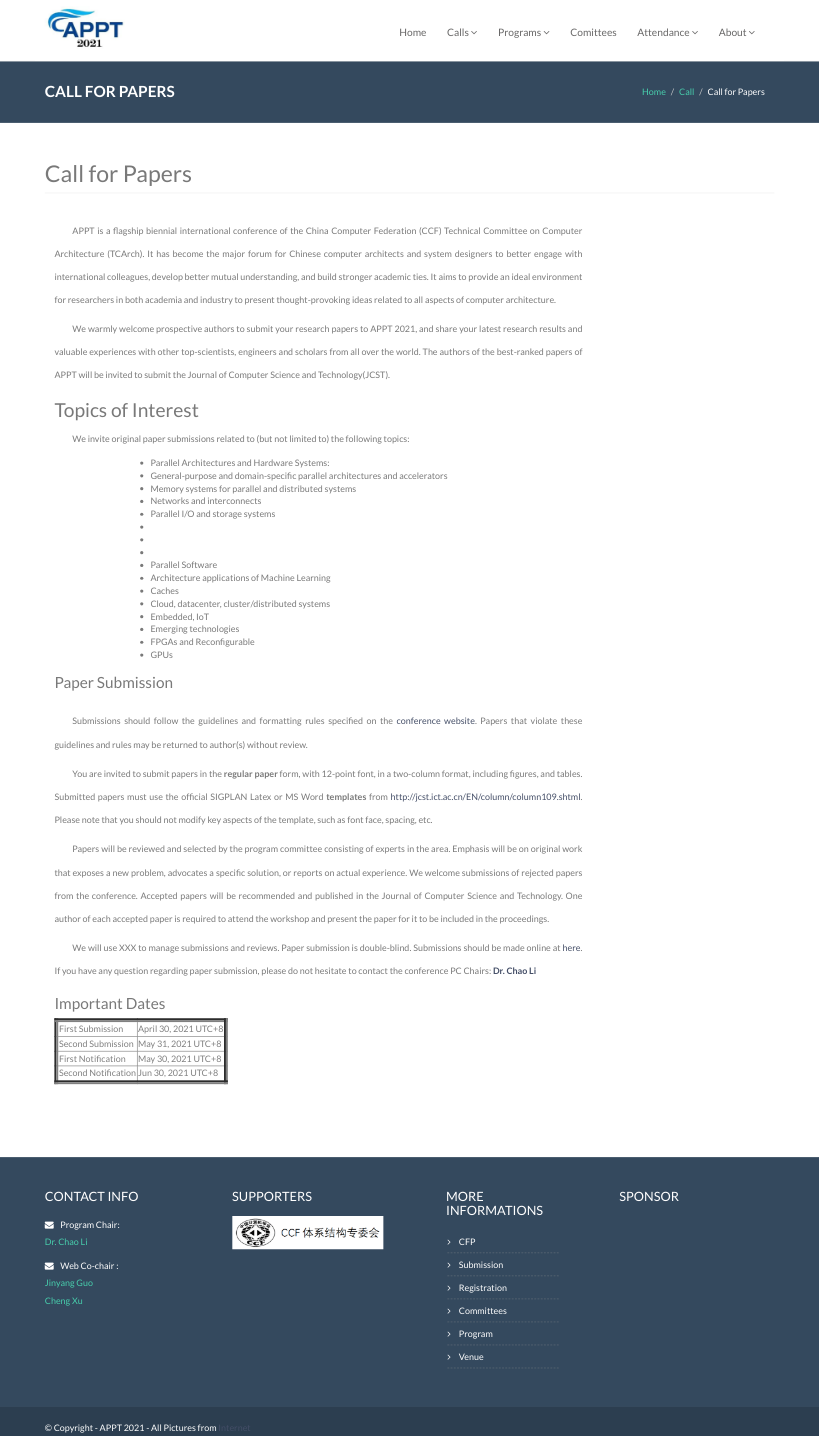
Repository: APPT2021/APPT2021.github.io
Page: call-papers.html
These files come from the project's save history. The page is drawn as it stood at one moment and after a run of saves; the edit follows.
The browser window is 1280 px wide. The pictures show the whole page, at 64% of full size.

Above is the page before, as saved 2021-03-25 00:26:12.
Console error: ReferenceError: jQuery is not defined

### call-papers.html
<!DOCTYPE html>
<html lang="en">
  <head>
	  <script type="text/javascript" src="js/common/description.js"></script>

	  <script src="https://cdn.bootcss.com/semantic-ui/2.4.1/semantic.js"></script>
    	<link href="https://cdn.bootcss.com/semantic-ui/2.4.1/semantic.css" rel="stylesheet">

    <!-- Bootstrap core CSS -->
    <link href="css\bootstrap.min.css" rel="stylesheet">
    <link href="css\theme.css" rel="stylesheet">
    <link href="css\bootstrap-reset.css" rel="stylesheet">
    <!--external css-->
    <link href="assets\font-awesome\css\font-awesome.css" rel="stylesheet">
    <link rel="stylesheet" href="css\flexslider.css">
    <link href="assets\bxslider\jquery.bxslider.css" rel="stylesheet">
    <link rel="stylesheet" href="css\animate.css">
    <link href='http://fonts.googleapis.com/css?family=Lato' rel='stylesheet' type='text/css'>



      <!-- Custom styles for this template -->
    <link rel="stylesheet" type="text/css" href="css\component.css">
    <link href="css\style.css" rel="stylesheet">
    <link href="css\style-responsive.css" rel="stylesheet">

    <!-- HTML5 shim and Respond.js IE8 support of HTML5 tooltipss and media queries -->
    <!--[if lt IE 9]>
      <script src="js/html5shiv.js"></script>
      <script src="js/respond.min.js"></script>
    <![endif]-->
    <style type="text/css">
<!--
.STYLE1 {	font-size: 24px;
	font-weight: bold;
}
.STYLE2 {	font-size: 16px;
	font-weight: bold;
}
.p1{line-height: 27pt;word-wrap: break-word;text-indent: 2em;text-align: justify;}
-->
    </style>
</head>

  <body>
    <!--header start-->
    <script type="text/javascript" src="js/common/header.js"></script>
    <!--header end-->

    <!--breadcrumbs start-->
    <div class="breadcrumbs">
        <div class="container">
            <div class="row">
                <div class="col-lg-4 col-sm-4">
                    <h1>Call for Papers</h1>
                </div>
                <div class="col-lg-8 col-sm-8">
                    <ol class="breadcrumb pull-right">
                        <li><a href="index-real.html">Home</a></li>
						<li><a href="call-summary.html">Call</a></li>
                        <li class="active">Call for Papers</li>
                    </ol>
                </div>
            </div>
        </div>
    </div>
    <!--breadcrumbs end-->

    <!--container start-->
    <div class="component-bg">
        <div class="container">
            <!-- Forms
================================================== -->
<div class="bs-docs-section mar-b-30" style="padding-left: 0%;">
  <h1 id="forms" class="page-header">Call for Papers </h1>
<br>
  <div class="col-lg-9 col-lg-offset-0" itemprop="articleSection" style = "padding-bottom: 10%">
		<p class="p1">
			APPT is a flagship biennial international conference of the China Computer Federation (CCF) Technical Committee on Computer Architecture (TCArch). It has become the major forum for Chinese computer architects and system designers to better engage with international colleagues, develop better mutual understanding, and build stronger academic ties. It aims to provide an ideal environment for researchers in both academia and industry to present thought-provoking ideas related to all aspects of computer architecture.
		</p>
		<p class="p1">
			We warmly welcome prospective authors to submit your research papers to APPT 2021,
			and share your latest research results and valuable experiences with other top-scientists,
			engineers and scholars from all over the world. The authors of the best-ranked papers of APPT will be invited to submit the Journal of
		    Computer Science and Technology(JCST).
		</p>
		<h2>Topics of Interest</h2>
		<p class="p1">We invite original paper submissions related to (but not limited to) the following topics:</p>
		<ul style="margin-left: 150px;">
			<li style=" text-align: justify;">
			<h3></h3>
				Parallel Architectures and Hardware Systems:
				<li>General-purpose and domain-specific parallel architectures and accelerators</li>
				<li>Memory systems for parallel and distributed systems</li>
				<li>Networks and interconnects</li>
				<li>Parallel I/O and storage systems</li>
				<li></li>
				<li></li>
				<li></li>
			</li>
			<li style=" text-align: justify;">
				Parallel Software
			</li>
			<li style=" text-align: justify;">
				Architecture applications of Machine Learning
			</li>
			<li style=" text-align: justify;">
				Caches
			</li>
			<li style=" text-align: justify;">
				Cloud, datacenter, cluster/distributed systems
			</li>
			<li style=" text-align: justify;">
				Embedded, IoT
			</li>
			<li style=" text-align: justify;">
				Emerging technologies
			</li>
			<li style=" text-align: justify;">
				FPGAs and Reconfigurable
			</li>
			<li style=" text-align: justify;">
				GPUs
			</li>
		</ul>



		<h3>Paper Submission</h3>
		<br>
		<p class="p1">
			Submissions should follow the guidelines and formatting rules
			 specified on the <a href ="http://jcst.ict.ac.cn/EN/column/column107.shtml">conference website</a>.
			 Papers that violate these guidelines and rules may be returned
			 to author(s) without review.
		</p>
		<p class="p1">
		You are invited to submit papers in the <strong>regular paper</strong> form, with 12-point font, in a two-column format, including figures, and tables. Submitted papers must use the official SIGPLAN Latex or MS Word <strong>templates</strong> from
		<a href="http://jcst.ict.ac.cn/EN/column/column109.shtml">http://jcst.ict.ac.cn/EN/column/column109.shtml</a>. Please note that you should
		not modify key aspects of the template, such as font face, spacing, etc.
		</p>
		<p class="p1">
		 Papers will be reviewed and selected by the program committee consisting of experts in the area.
		 Emphasis will be on original work that exposes a new problem, advocates a specific solution,
		  or reports on actual experience. We welcome submissions of rejected papers from the conference.
		  Accepted papers will be recommended and published in the Journal of Computer Science and Technology.
		  One author of each accepted paper is required to attend the workshop and present the paper for it to be included in the proceedings.
		</p>
<p class="p1">
We will use XXX to manage submissions and reviews. Paper submission is double-blind. Submissions should be made online at <a href="https://mc03.manuscriptcentral.com/jcst">here</a>. If you have any question regarding paper submission, please do not hesitate to contact the conference
		PC Chairs: <a href="mailto: chaol@cs.sjtu.edu.cn"><b>Dr. Chao Li</b> </a>
		</p>
		<h3>Important Dates</h3>


		<table role="grid" style="position: relative; color:black" border="6">
			<tbody>
			  <tr style="opacity: 0.5;">
				<td>First Submission</td>
				<td> April 30, 2021 UTC+8 </td>
			  </tr>
			  <tr style="opacity: 0.5;">
				<td>Second Submission</td>
				<td>May 31, 2021 UTC+8</td>
			  </tr>
			  <tr style="opacity: 0.5;">
				<td>First Notification</td>
				<td>May 30, 2021 UTC+8</td>
			  </tr>
			  <tr style="opacity: 0.5;">
				<td>Second Notification</td>
				<td>Jun 30, 2021 UTC+8</td>
			  </tr>
			</tbody>
		 </table>
<!--
		<h3>Camera Ready Submission / Author Kit</h3>
		<p style="text-align: justify; ">
		For the accepted papers to be included in the proceedings, the camera-ready version must be submitted by using the recommended format. The final PDF has to conform to the requirements for publishing on IEEE Xplore. In addition, the IEEE copyright form has to be submitted and at least one author of the paper must register to the conference at a full rate. The registration must cover any over-length page charge. All the steps listed above must be completed by <b>August 2nd, 2020</b>.
		</p>
		<p style="text-align: justify; ">
		Please note that <i>we will not be able to include your paper in the conference proceedings or in IEEE Xplore if you do not follow the instructions below. The conference organizer also reserves the right to exclude a paper from distribution after the conference (e.g., removal from IEEE Xplore) if it is not presented at the conference.</i>
		</p>

		<h3>Best Paper Award</h3>
		<p style=" text-align: justify;">
		All accepted papers SRDS will compete for the "Prof. C. V. Ramamoorthy Best Paper Award". The SRDS Best Paper is named after Prof. Chittoor V. Ramamoorthy, who was instrumental in the 80's for the success of SRDS, many of his former students have also significantly contributed to the conference.
		</p>

		<p style=" text-align: justify;">
		In addition, the authors of the best ranked papers of SRDS will be invited to submit extended versions of their papers to IEEE Transactions on Dependable and Secure Computing.
		</p>

		<p>&nbsp;</p>
		<h3>SRDS 2020 PC Chairs</h3>
		<p>&nbsp;</p>

		<div class="ui three column grid">
			<div class="column">
				<div class="ui card">
				<a class="image" href="http://web.cs.iastate.edu/~borzoo/" target="_blank">
					<img src="img/committees/borzoo.jpg">
				</a>
				<div class="content">
					<a class="header" href="http://web.cs.iastate.edu/~borzoo/" target="_blank">Borzoo Bonakdarpour</a>
					<div class="meta">
					<a>Iowa State University, USA</a>
					</div>
				</div>
				</div>
			</div>
			<div class="column">
				<div class="ui card">
				<a class="image" href="http://www.cs.sjtu.edu.cn/~lichao/" target="_blank">
					<img src="img/committees/li.jpg">
				</a>
				<div class="content">
					<a class="header" href="http://www.cs.sjtu.edu.cn/~lichao/" target="_blank">Chao Li</a>
					<div class="meta">
					<a>Shanghai Jiao Tong University</a>
					</div>
				</div>
				</div>
			</div>
			<div class="column">
				<div class="ui card">
				<a class="image" href="http://vukolic.com/" target="_blank">
					<img src="img/committees/marko.jpg">
				</a>
				<div class="content">
					<a class="header" href="http://vukolic.com/" target="_blank">Marko Vukolić</a>
					<div class="meta">
					<a>IBM Research-Zurich, Switzerland</a>
					</div>
				</div>
				</div>
			</div>
		</div>

	</div>
  <p>&nbsp;</p>
  <!-- /.bs-example -->
</div>
        </div>
    </div>
    <!--container end-->

	<script type="text/javascript" src="js/common/footer.js"></script>

  <!-- js placed at the end of the document so the pages load faster -->
    <script src="js\jquery.js"></script>
    <script src="js\bootstrap.min.js"></script>
    <script type="text/javascript" src="js\hover-dropdown.js"></script>
    <script defer="" src="js\jquery.flexslider.js"></script>
    <script type="text/javascript" src="assets\bxslider\jquery.bxslider.js"></script>

    <script src="js\jquery.easing.min.js"></script>
    <script src="js\link-hover.js"></script>


     <!--common script for all pages-->
    <script src="js\common-scripts.js"></script>
    <script src="js\wow.min.js"></script>
    <script>
        wow = new WOW(
          {
            boxClass:     'wow',      // default
            animateClass: 'animated', // default
            offset:       0          // default
          }
        )
        wow.init();
    </script>


  </body>
</html>

### css/theme.css
body {
  padding-top: 70px;
  padding-bottom: 30px;
}

.theme-dropdown .dropdown-menu {
  display: block;
  position: static;
  margin-bottom: 20px;
}

.theme-showcase > p > .btn {
  margin: 5px 0;
}

### css/flexslider.css
/*
 * jQuery FlexSlider v2.0
 * http://www.woothemes.com/flexslider/
 *
 * Copyright 2012 WooThemes
 * Free to use under the GPLv2 license.
 * http://www.gnu.org/licenses/gpl-2.0.html
 *
 * Contributing author: Tyler Smith (@mbmufffin)
 */


/* Browser Resets */
.flex-container a:active,
.flexslider a:active,
.flex-container a:focus,
.flexslider a:focus  {outline: none;}
.slides,
.flex-control-nav,
.flex-direction-nav {margin: 0; padding: 0; list-style: none;}

/* FlexSlider Necessary Styles
*********************************/
.flexslider {margin: 0; padding: 0;}
.flexslider .slides > li {display: none; -webkit-backface-visibility: hidden;} /* Hide the slides before the JS is loaded. Avoids image jumping */
.flexslider .slides img {width: 100%; display: block;}
.flex-pauseplay span {text-transform: capitalize;}

/* Clearfix for the .slides element */
.slides:after {content: "."; display: block; clear: both; visibility: hidden; line-height: 0; height: 0;}
html[xmlns] .slides {display: block;}
* html .slides {height: 1%;}

/* No JavaScript Fallback */
/* If you are not using another script, such as Modernizr, make sure you
 * include js that eliminates this class on page load */
.no-js .slides > li:first-child {display: block;}


/* FlexSlider Default Theme
*********************************/
.flexslider {margin: 0 0 0px; background: #fff; border: 4px solid #fff; position: relative; -webkit-border-radius: 4px; -moz-border-radius: 4px; -o-border-radius: 4px; border-radius: 4px; zoom: 1;}
.flex-viewport {max-height: 2000px; -webkit-transition: all 1s ease; -moz-transition: all 1s ease; transition: all 1s ease;}
.loading .flex-viewport {max-height: 300px;}
.flexslider .slides {zoom: 1;}

.carousel li {margin-right: 5px}


/* Direction Nav */
.flex-direction-nav {*height: 0;}

.flex-direction-nav a {width: 30px; height: 30px; margin: -20px 0 0; display: block; background: url(../img/bg_direction_nav.png) no-repeat 0 0; position: absolute; top: 50%; z-index: 10; cursor: pointer; text-indent: -9999px; opacity: 0; -webkit-transition: all .3s ease;}

.flex-direction-nav .flex-next {background-position: 100% 0; right: -36px; }
.flex-direction-nav .flex-prev {left: -36px;}
.flexslider:hover .flex-next {opacity: 0.8; right: 5px;}
.flexslider:hover .flex-prev {opacity: 0.8; left: 5px;}
.flexslider:hover .flex-next:hover, .flexslider:hover .flex-prev:hover {opacity: 1;}
.flex-direction-nav .flex-disabled {opacity: .3!important; filter:alpha(opacity=30); cursor: default;}

/* Control Nav */
.flex-control-nav {width: 100%; position: absolute; bottom: -40px; text-align: center;}
.flex-control-nav li {margin: 0 6px; display: inline-block; zoom: 1; *display: inline;}
.flex-control-paging li a {width: 11px; height: 11px; display: block; background: #666; background: rgba(0,0,0,0.5); cursor: pointer; text-indent: -9999px; -webkit-border-radius: 20px; -moz-border-radius: 20px; -o-border-radius: 20px; border-radius: 20px; box-shadow: inset 0 0 3px rgba(0,0,0,0.3);}
.flex-control-paging li a:hover { background: #333; background: rgba(0,0,0,0.7); }
.flex-control-paging li a.flex-active { background: #000; background: rgba(0,0,0,0.9); cursor: default; }

.flex-control-thumbs {margin: 5px 0 0; position: static; overflow: hidden;}
.flex-control-thumbs li {width: 25%; float: left; margin: 0;}
.flex-control-thumbs img {width: 100%; display: block; opacity: .7; cursor: pointer;}
.flex-control-thumbs img:hover {opacity: 1;}
.flex-control-thumbs .flex-active {opacity: 1; cursor: default;}

@media screen and (max-width: 860px) {
  .flex-direction-nav .flex-prev {opacity: 1; left: 0;}
  .flex-direction-nav .flex-next {opacity: 1; right: 0;}
}

### css/style-responsive.css
@media (min-width: 768px) and (max-width: 980px) {
    .col-4 .item {
        width: 47%;
        margin-right: 2%;
        margin-bottom: 2%;
    }
}

@media (max-width: 768px) {


    .navbar-toggle {
        margin-top: 12px;
    }

    .head-section .navbar-collapse  ul.navbar-nav {
        float: none;
        margin-left: 0;
    }

    .head-section .nav li a:hover,
    .head-section .nav li a:focus,
    .head-section .nav li a.dropdown-toggle:focus,
    .head-section .nav li a.dropdown-toggle .dropdown-menu li a:hover,
    .head-section .nav li.active a,
    .head-section .dropdown-menu li a:hover {
        color: #fff !important;
    }

    .head-section .navbar-nav > li {
        padding: 0;
        margin-bottom: 2px;
    }

    .head-section .nav li ul.dropdown-menu li a {
        margin-left: 0px;
        color: #999!important; ;
    }

    .head-section .nav li .dropdown-menu li a:hover, .head-section .nav li .dropdown-menu li.active a {
        color: #fff !important;
    }

    .purchase-btn, .about-testimonial {
        margin-top: 10px;
    }

    .breadcrumb.pull-right{
        padding: 0;
    }

    .search, .bx-controls-direction {
        display: none;
    }

    .tweet-box {
        margin-bottom: 20px;
    }

    .property img {
        width: 80%;
    }

    .bx-wrapper {
        margin-bottom: 60px;
    }

    .purchase-btn, .about-testimonial {
        margin-top: 0;
    }

    .purchase-btn {
        line-height: 98px;
    }

    .social-link-footer li a {
        font-size: 16px;
        height: 40px;
        width: 40px;
    }

    .navbar-header {
        float: none;
        text-align: center;
        width: 100%;
        margin: 10px 0;
    }

    .navbar-brand {
        float: none;

    }

    .carousel-control {
        font-size: 45px;
        line-height: 70px;
    }

    .btn, .form-control {
        margin-bottom: 10px;
    }



}


@media (max-width: 480px) {

    .head-section .navbar {
        min-height: 60px;
    }

    .navbar-toggle {
        margin-right: -10px;
    }

    .head-section .nav li .dropdown-menu li a:hover {
        color: #48C9B0 !important;
    }

    .navbar-brand {
        margin-top: 10px !important;
        float: left !important;
    }

    .col-4 .item {
        width: 100%;
        margin-right: 0%;
        margin-bottom: 2%;
    }

    .breadcrumb.pull-right{
        float: left !important;
        margin-top: 10px;
        padding: 0;
    }

    .carousel-control {
        font-size: 23px;
        line-height: 38px;
    }
}

@media (max-width:320px) {


}



@media (max-width: 900px) {
    /*Slider Sequence*/
    #sequence-theme .info {
        top:80px !important;
        width:60% !important;
        margin-right:50px;
    }

    /*Slider Parallax*/
    .da-slide .da-img {
        display:none;
    }
}

@media (max-width: 450px) {
    /*Slider Sequence*/
    #sequence-theme .info {
        top:70px !important;
        width:70% !important;
        margin-right:25px;
    }
    #sequence-theme h2 {
        font-size:30px !important;
    }
    #sequence-theme .info p {
        font-size:18px !important;
    }

    /*Slider Parallax*/
    .da-slide p {
        display:none;
    }
}

Loaded but not shown: css/bootstrap.min.css (library); css/bootstrap-reset.css (library); assets/font-awesome/css/font-awesome.css (library); assets/bxslider/jquery.bxslider.css (library); css/animate.css (library); js/jquery.js (library); js/bootstrap.min.js (library); assets/bxslider/jquery.bxslider.js (library); js/jquery.easing.min.js (library); js/wow.min.js (library); js/jquery.flexslider.js (library); js/link-hover.js (621 lines, source omitted); js/common/header.js (79 lines, source omitted); js/common/footer.js (83 lines, source omitted); js/hover-dropdown.js (135 lines, source omitted); js/common/description.js (11 lines, source omitted); js/common-scripts.js (42 lines, source omitted); css/style.css (2977 lines, source omitted); css/component.css (1591 lines, source omitted)

After the next 2 saves:
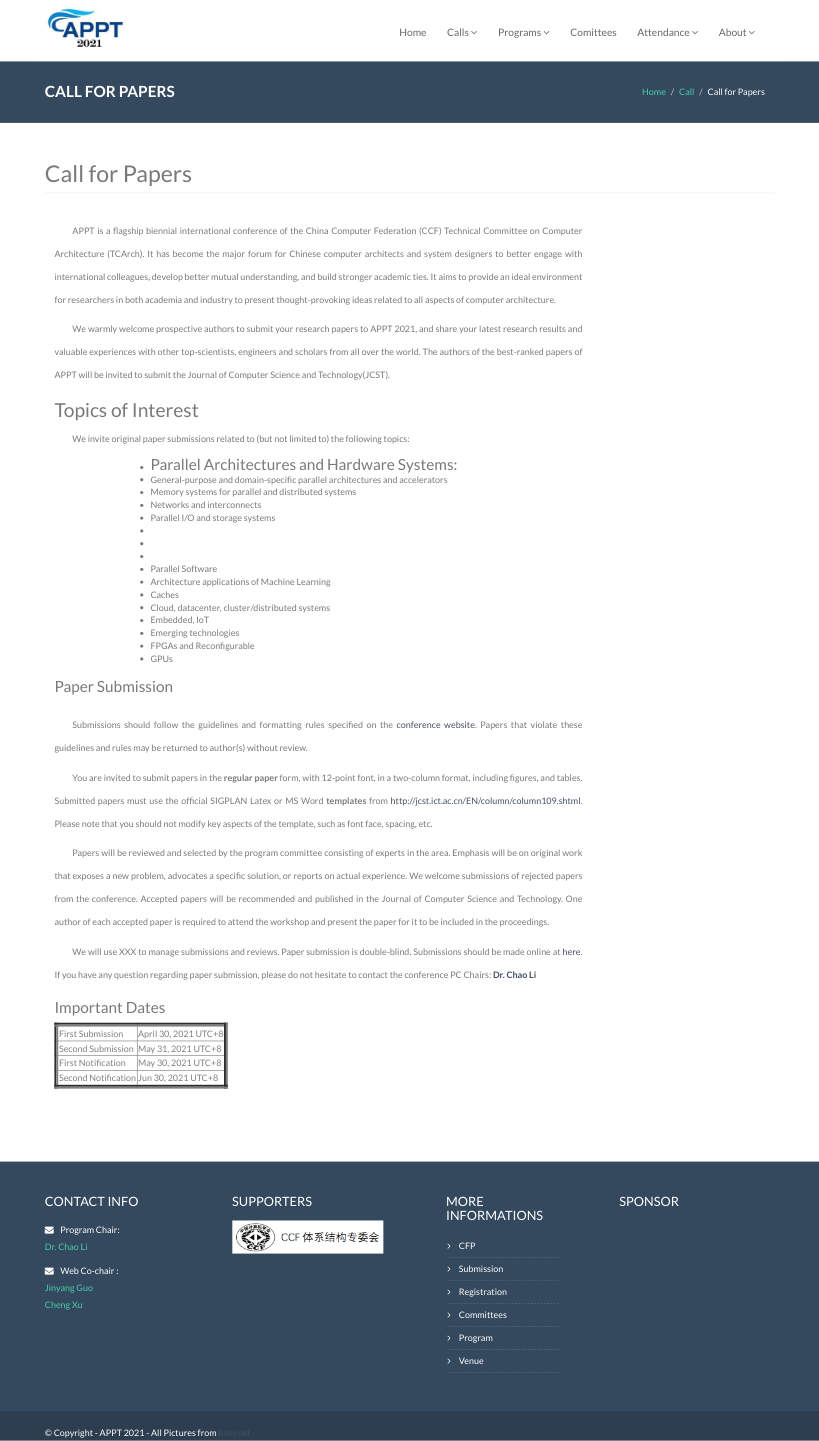
The 2 saves are shown as one change because they came seconds apart.
The last was saved 8 s later.
--- a/call-papers.html
+++ b/call-papers.html
@@ -88,8 +88,8 @@
 		<p class="p1">We invite original paper submissions related to (but not limited to) the following topics:</p>
 		<ul style="margin-left: 150px;">
 			<li style=" text-align: justify;">
-			<h3></h3>
-				Parallel Architectures and Hardware Systems:
+			<h3>Parallel Architectures and Hardware Systems:</h3>
+
 				<li>General-purpose and domain-specific parallel architectures and accelerators</li>
 				<li>Memory systems for parallel and distributed systems</li>
 				<li>Networks and interconnects</li>
